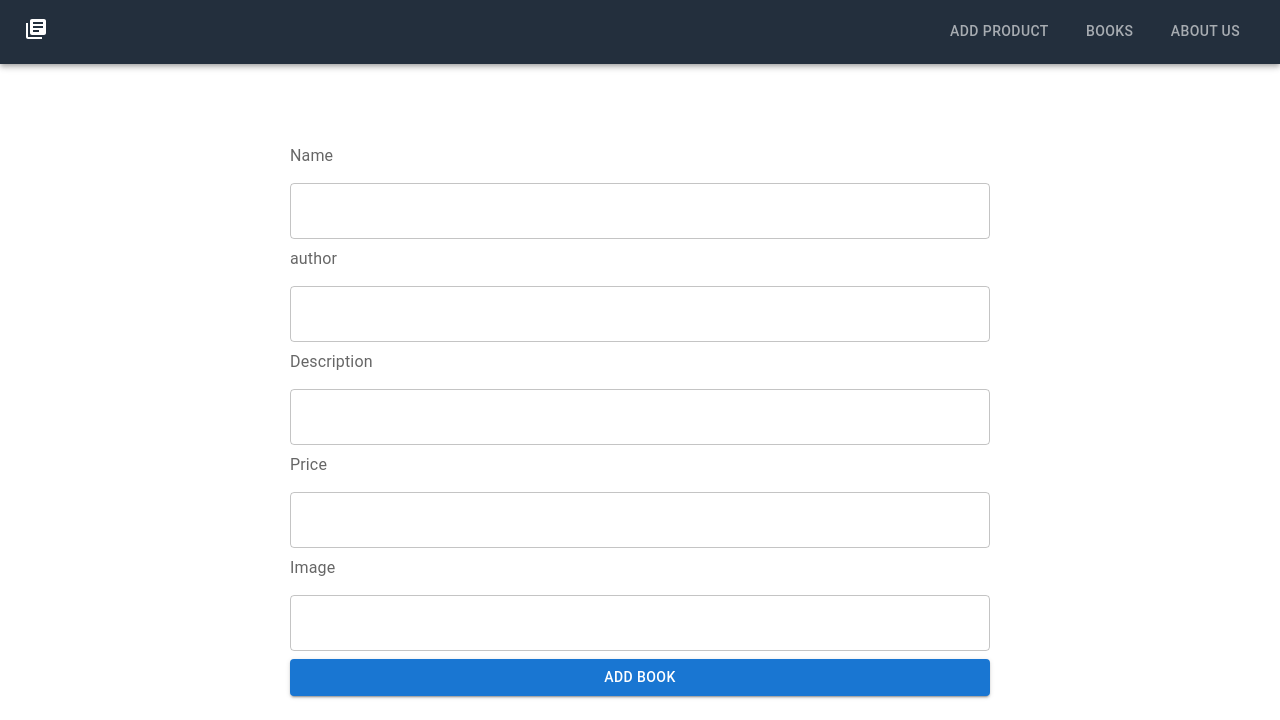
Repository: CydexCode/Book_Store_App-MERN-Stack
Page: /add (app in book-store/)
The author's editor kept a copy of each file at every save. The page is drawn from the files as they stood at one save, then again after the next save.
The browser window is 1280 px wide. The pictures show the whole page.
The project was rebuilt for these pictures with package versions that can differ from the ones it lists, and the page was loaded fresh each time. Also part of the build but not shown: book-store/src/components/Home.js, book-store/src/components/Book/Book.css, book-store/src/components/Book/Book.js, book-store/src/components/Book/Books.js, book-store/src/components/About.js.

Above is the page before, as saved 2022-09-08 13:42:51.

After the next save:
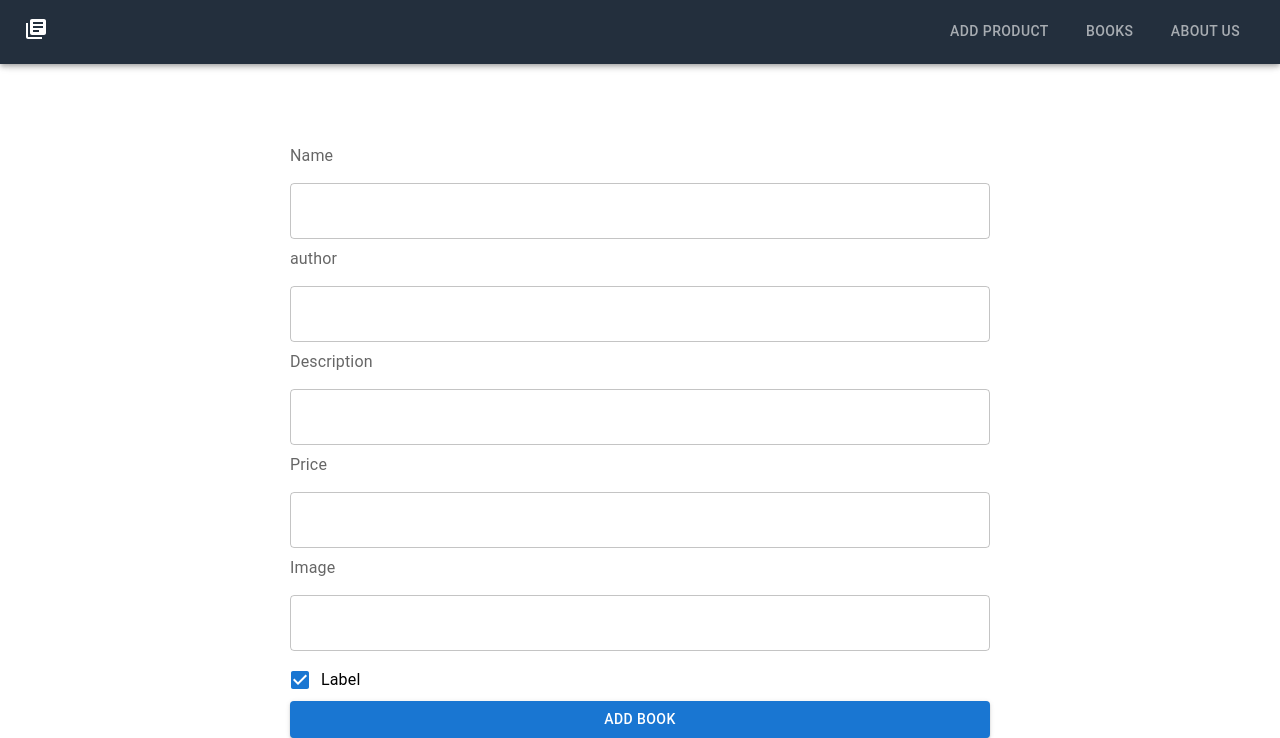
Saved 21 min 8 s later.
--- a/book-store/src/components/AddBook.js
+++ b/book-store/src/components/AddBook.js
@@ -1,4 +1,4 @@
-import { Button, FormLabel, TextField } from '@mui/material';
+import { Button, Checkbox, FormControlLabel, FormLabel, TextField, Typography } from '@mui/material';
 import { Box } from '@mui/system';
 import React, {useState} from 'react';
 
@@ -36,11 +36,12 @@ name='price'
 />
 <FormLabel>Image</FormLabel>
 <TextField
-type="number"
+
 margin='normal' fullWidth
 variant='outlined'
 name='image'
 />
+<FormControlLabel control={<Checkbox defaultChecked />} label="Label" />
 
 <Button variant='contained' type='submit'>Add Book</Button>
 
